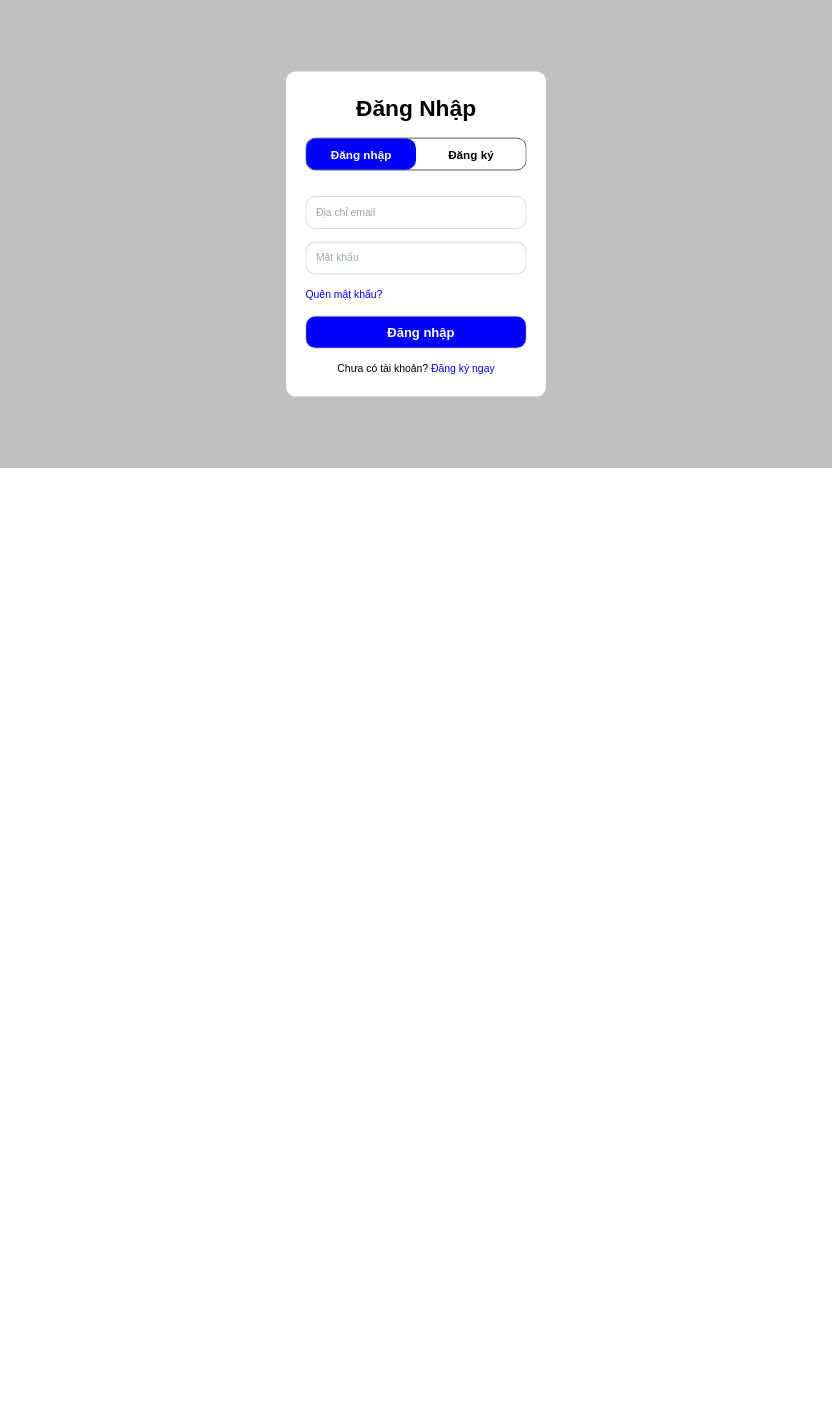
Repository: NguyenMinhThien-sudo/DemoFormPractice
Page: /
The author's editor kept a copy of each file at every save. The page is drawn from the files as they stood at one save, then again after the next save.
The browser window is 1280 px wide. The pictures show the whole page, at 65% of full size.
The project was rebuilt for these pictures with package versions that can differ from the ones it lists, and the page was loaded fresh each time. Also part of the build but not shown: vite.config.js.

Above is the page before, as saved 2023-05-18 17:36:25.

### src/App.jsx
import React from "react";
import "./App.css";
import Form from "./components/form_practice/form";

const App = () => {
  return (
    <div>
      <Form></Form>
    </div>
  );
};

export default App;

### src/App.css
*,
*:before,
*:after {
  box-sizing: border-box;
}
* {
  margin: 0;
  padding: 0;
  font: inherit;
}
img,
picture,
svg,
video {
  display: block;
  max-width: 100%;
}
input,
select,
textarea {
  background-color: transparent;
  outline: none;
}
button {
  cursor: pointer;
  background-color: transparent;
  outline: none;
  border: 0;
}
body {
  min-height: 300vh;
  font-weight: 400;
  font-size: 16px;
  line-height: 1;
}

### src/components/form_practice/form.jsx
import React, { useState } from "react";
import styled from "styled-components";

const AuthForm = styled.div`
  box-sizing: border-box;
  font-family: Poppins, sans-serif;
  margin: 0;
  padding: 0;
  .main-form {
    display: flex;
    justify-content: center;
    align-items: center;
    background-color: silver;
    width: 100%;
    height: 100vh;
  }
  .form-wrapper {
    background-color: white;
    border-radius: 15px;
    padding: 30px;
    overflow: hidden;
    max-width: 400px;
  }
  .title-text {
    width: 200%;
    display: flex;
  }
  .title {
    text-align: center;
    width: 50%;
    font-size: 35px;
    font-weight: bold;
    transition: all 0.6s cubic-bezier(0.68, -0.55, 0.265, 1.55);
  }
  .form-contain {
    width: 100%;
    overflow: hidden;
  }
  .slide-form {
    display: flex;
    justify-content: space-between;
    text-align: center;
    width: 100%;
    height: 50px;
    border: 1px solid black;
    border-radius: 15px;
    margin: 20px 0 20px;
    position: relative;
  }
  .slide {
    width: 100%;
    height: 100%;
    line-height: 50px;
    font-size: 18px;
    font-weight: bold;
    cursor: pointer;
    z-index: 1;
  }
  .slide-tab {
    height: 100%;
    width: 50%;
    border-radius: 15px;
    position: absolute;
    left: 0;
    top: 0;
    background-color: blue;
    transition: all 0.6s cubic-bezier(0.68, -0.55, 0.265, 1.55);
    z-index: 0;
  }
  .slide-form input[type="radio"] {
    display: none;
  }
  .form-slider {
    width: 200%;
    display: flex;
  }
  form {
    width: 50%;
    transition: all 0.6s cubic-bezier(0.68, -0.55, 0.265, 1.55);
  }
  form input {
    height: 100%;
    width: 100%;
    padding-left: 15px;
    margin-right: 15px;
    border: 1px solid silver;
    border-radius: 15px;
  }
  .input {
    width: 100%;
    height: 50px;
    margin: 20px 0;
  }
  input[type="button"] {
    background-color: blue;
    color: white;
    font-size: 20px;
    font-weight: bold;
    cursor: pointer;
  }
  a {
    outline: none;
    color: blue;
  }
  .regis {
    text-align: center;
  }
  .is-active {
    margin-left: -50%;
  }
  .is-slide {
    margin-left: 50%;
  }
`;

const Form = () => {
  const [selectForm, setSelectForm] = useState("");
  const [access, setAccess] = useState(true);
  //   const [access2, setAccess2] = useState(false);
  const handleClickForm = () => {
    if (!selectForm && access) {
      setSelectForm("is-slide");
    } else if (selectForm && !access) {
      setSelectForm("");
    }
    // setSelectForm("");
    // setAccess(true);
    // setAccess2(false);
  };
  const handleClickForm2 = () => {
    setSelectForm("is-slide");
    setAccess(false);
    // setAccess2(true);
  };
  return (
    <AuthForm>
      <div className="main-form">
        <div className="form-wrapper">
          <div className="title-text">
            <div
              className={`title login-text ${selectForm ? "is-active" : ""}`}
            >
              Đăng Nhập
            </div>
            <div className="title signup-text">Đăng Ký</div>
          </div>
          <div className="form-contain">
            <div className="slide-form">
              <input type="radio" name="slide-login" id="login" />
              <input type="radio" name="slide-signup" id="signup" />
              <label
                htmlFor="login"
                className={`slide login ${
                  !selectForm && access ? "text-white" : ""
                }`}
                onClick={handleClickForm}
              >
                Đăng nhập
              </label>
              <label
                htmlFor="signup"
                className={`slide signup ${
                  selectForm && !access ? "text-white" : ""
                }`}
                onClick={handleClickForm2}
              >
                Đăng ký
              </label>
              <div
                className={`slide-tab ${selectForm ? "is-slide" : ""}`}
              ></div>
            </div>
            <div className="form-slider">
              <form
                action="#"
                className={`form-login ${selectForm ? "is-active" : ""}`}
              >
                <div className="input">
                  <input
                    type="email"
                    name="email_login"
                    placeholder="Địa chỉ email"
                    required
                  />
                </div>
                <div className="input">
                  <input
                    type="password"
                    name="pass_login"
                    placeholder="Mật khẩu"
                    required
                  />
                </div>
                <div className="pass">
                  <a href="#">Quên mật khẩu?</a>
                </div>
                <div className="input btn">
                  <input type="button" name="btn_login" value="Đăng nhập" />
                </div>
                <div className="regis">
                  <p>
                    Chưa có tài khoản?{" "}
                    <a href="#" onClick={handleClickForm2}>
                      Đăng ký ngay
                    </a>
                  </p>
                </div>
              </form>
              <form action="#" className="form-signup">
                <div className="input">
                  <input
                    type="email"
                    name="email_login"
                    placeholder="Địa chỉ email"
                    required
                  />
                </div>
                <div className="input">
                  <input
                    type="password"
                    name="pass_login"
                    placeholder="Mật khẩu"
                    required
                  />
                </div>
                <div className="input">
                  <input type="button" name="btn_login" value="Đăng ký" />
                </div>
                <div className="regis">
                  <p>
                    Đã có tài khoản?{" "}
                    <a href="#" onClick={handleClickForm}>
                      Đăng nhập ngay
                    </a>
                  </p>
                </div>
              </form>
            </div>
          </div>
        </div>
      </div>
    </AuthForm>
  );
};

export default Form;

### tailwind.config.js
/** @type {import('tailwindcss').Config} */
export default {
  mode: "jit",
  content: ["./index.html", "./src/**/*.{js,ts,jsx,tsx}"],
  theme: {
    extend: {},
  },
  plugins: [],
};

Loaded but not shown: index.html (common file); src/main.jsx (common file); src/index.css (common file)

After the next save:
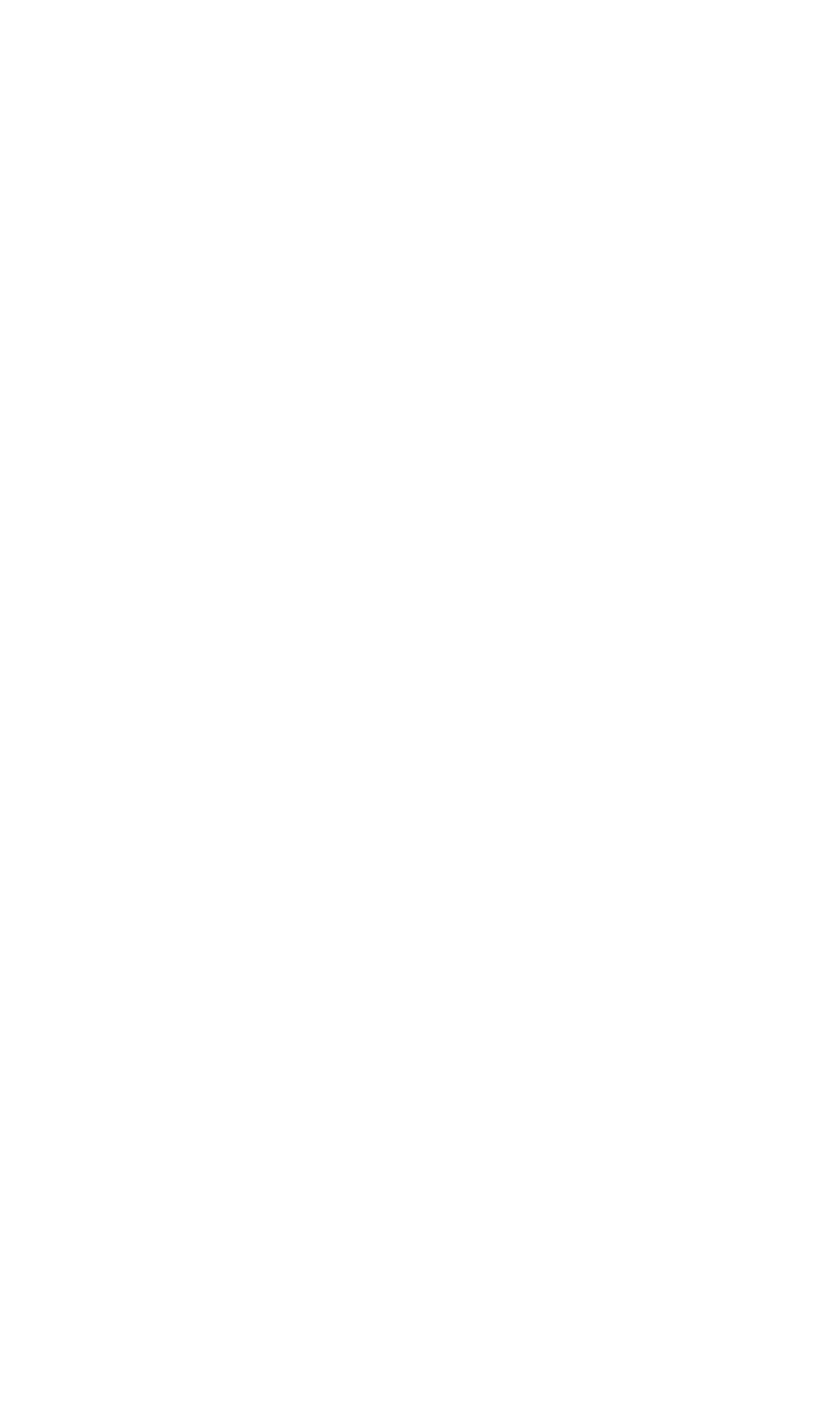
Console error: ReferenceError: handleClickForm2 is not defined
Saved 11 s later.
--- a/src/components/form_practice/form.jsx
+++ b/src/components/form_practice/form.jsx
@@ -127,11 +127,11 @@ const Form = () => {
     // setAccess(true);
     // setAccess2(false);
   };
-  const handleClickForm2 = () => {
-    setSelectForm("is-slide");
-    setAccess(false);
-    // setAccess2(true);
-  };
+  //   const handleClickForm2 = () => {
+  //     setSelectForm("is-slide");
+  //     setAccess(false);
+  //     setAccess2(true);
+  //   };
   return (
     <AuthForm>
       <div className="main-form">

After the 2 saves that followed:
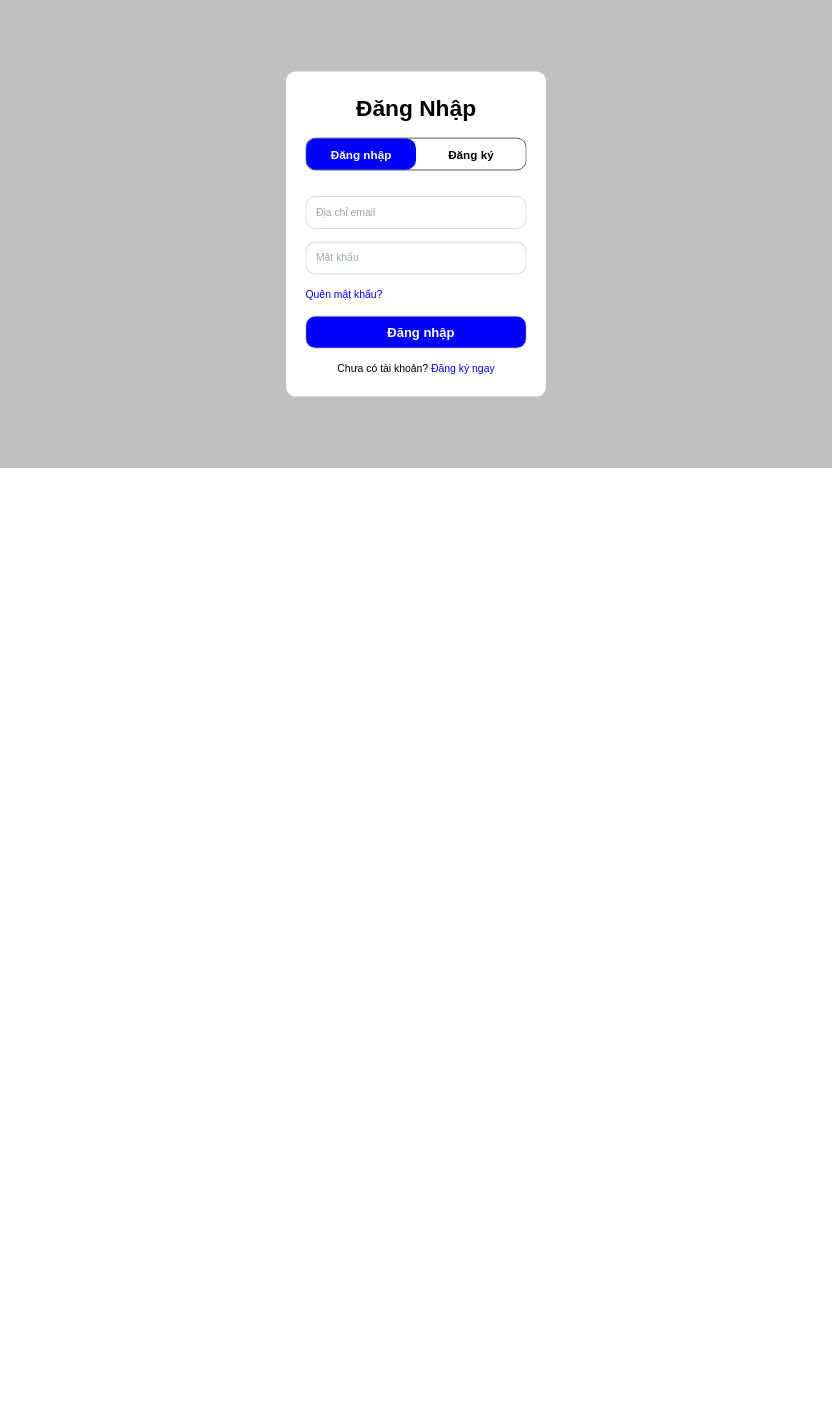
The error is gone.
The 2 saves are shown as one change because 1 left the picture as it was.
The last was saved 37 s later.
--- a/src/components/form_practice/form.jsx
+++ b/src/components/form_practice/form.jsx
@@ -120,8 +120,10 @@ const Form = () => {
   const handleClickForm = () => {
     if (!selectForm && access) {
       setSelectForm("is-slide");
+      setAccess(false);
     } else if (selectForm && !access) {
       setSelectForm("");
+      setAccess(true);
     }
     // setSelectForm("");
     // setAccess(true);
@@ -162,7 +164,7 @@ const Form = () => {
                 className={`slide signup ${
                   selectForm && !access ? "text-white" : ""
                 }`}
-                onClick={handleClickForm2}
+                onClick={handleClickForm}
               >
                 Đăng ký
               </label>
@@ -200,7 +202,7 @@ const Form = () => {
                 <div className="regis">
                   <p>
                     Chưa có tài khoản?{" "}
-                    <a href="#" onClick={handleClickForm2}>
+                    <a href="#" onClick={handleClickForm}>
                       Đăng ký ngay
                     </a>
                   </p>
